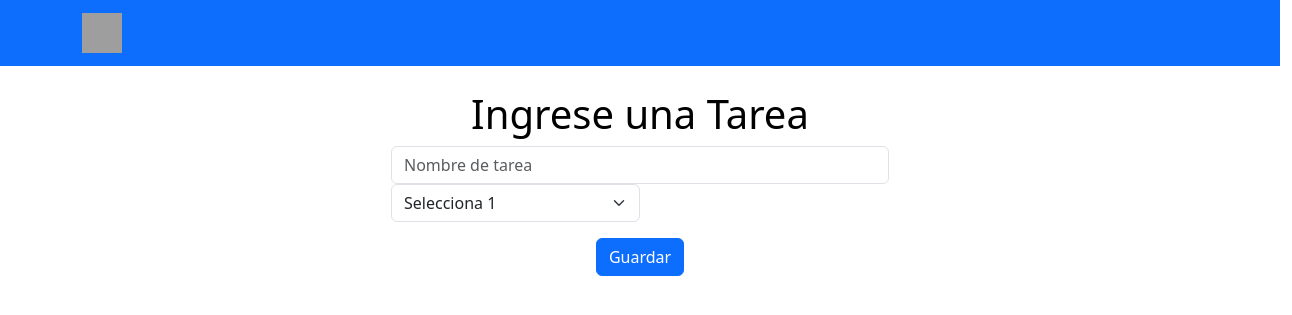
Repository: mgarrido0gb/registroTareas
Page: http://localhost/Tareas/Home
An editor plug-in stored every save of this project. The page is shown before and after the next save, followed by the edit.
The browser window is 1280 px wide. The page is 1292 px wide, so the pictures cover 1292 px, including what lies to the right of the window. The pictures show the whole page.
Pictures or frames that could not be fetched are drawn as grey boxes. The page is served by Tomcat 10. Other server files are loaded and not shown. Queries for data that is not in the repository find no rows.

Above is the page before, as saved 2024-05-21 20:51:11.

### Tareas/src/main/webapp/WEB-INF/home.jsp
<%@page import="models.Categoria"%>
<%@page import="models.Tarea"%>
<%@ page language="java" contentType="text/html; charset=ISO-8859-1"
    pageEncoding="ISO-8859-1" import="java.util.ArrayList" import="models.Tarea" import="models.Categoria"%>
<!doctype html>
<html lang="en">
  <head>
    <meta charset="utf-8">
    <meta name="viewport" content="width=device-width, initial-scale=1">
    <title>Registro Tareas</title>
    <link href="https://cdn.jsdelivr.net/npm/bootstrap@5.3.3/dist/css/bootstrap.min.css" rel="stylesheet" integrity="sha384-QWTKZyjpPEjISv5WaRU9OFeRpok6YctnYmDr5pNlyT2bRjXh0JMhjY6hW+ALEwIH" crossorigin="anonymous">
    <style type="text/css">
    	body{
    		background-color: white;
    		color: black;
    	}

    	li{
    		color: black;
    	}

    	.logotipo{
    		width: 30px;
    		height: 30px;
    	}






    </style>

  </head>
  <body>
  	<nav class="navbar bg-primary" id="nav">
  		<div class="container">
    		<a class="navbar-brand" href="#">
      			<img src="https://cdn-icons-png.flaticon.com/512/181/181627.png"  width="40" height="40">
    		</a>
  		</div>
	</nav>
    <% ArrayList<Categoria> cats = (ArrayList<Categoria>)request.getAttribute("cats"); %>
    <div class="container">
    	<div class="row justify-content-center">
        	<div class="col-12 col-md-9 col-lg-6">
            	<form action="/Tareas/Home" method="post">
                	<div class="p-4">
                    	<h1 class="text-center">Ingrese una Tarea</h1>
                    	<div class="form-group">
                        	<input class="form-control" placeholder="Nombre de tarea" name="texto" type="text" required>
                    	</div>
                    	<div class="col-12 col-md-9 col-lg-6">
              				<select class="form-select" name="categoria_id" required>
                				<option selected value>Selecciona 1</option>
                					<% for (Categoria c: cats) { %>
                						<option value="<%=c.id %>"><%=c.nombre %></option>
                					<% } %>
              				</select>
     					</div>
                    	<div class="text-center mt-3">
                        	<input type="submit" value="Guardar" class="btn btn-primary" onclick="mensaje()">
                    	</div>
                	</div>

            	</form>
        	</div>
    	</div>
	</div>






   <div class="row">
   		<div class="col-6 offset-3 d-block m-auto m-0 p-2 col-md-3">
   			 <%
    			ArrayList<Tarea> tareas = (ArrayList<Tarea>)request.getAttribute("tareas");
    		%>

    			<% for (Tarea t: tareas) { %>
    				<ul class="list-group text-center">
    					<li <% if (t.completada == true){ %>class="text-decoration-line-through text-danger"<% } %> class="list-group-item text-center">
    		 				<%=t.texto %> (creada en: <%=t.fecha %>)
    		 				<a href="/Tareas/CheckearTarea?id=<%=t.id%>"><img src="https://img.icons8.com/?size=48&id=sz8cPVwzLrMP&format=png" class="logotipo" onclick="check()" ></img></a>
    		 				<a href="/Tareas/GestionTarea?id=<%=t.id%>"><img src="https://img.icons8.com/?size=48&id=pre7LivdxKxJ&format=png" class="logotipo" onclick="eliminar()"></img></a>
    					</li>
    				<br>
    			<%}%>
    		</ul>

   		</div>
   </div>


   <script type="text/javascript">


   	function mensaje(){
   		alert("Tarea Agregada con éxito");
   	}

   	function eliminar(){
   		alert("Tarea eliminada con éxito");
   	}

   	function check(){
   		alert("Tarea Realizada con éxito");
   	}

   </script>
    <script src="https://cdn.jsdelivr.net/npm/bootstrap@5.3.3/dist/js/bootstrap.bundle.min.js" integrity="sha384-YvpcrYf0tY3lHB60NNkmXc5s9fDVZLESaAA55NDzOxhy9GkcIdslK1eN7N6jIeHz" crossorigin="anonymous"></script>
  </body>
</html>

### Tareas/src/main/java/servlets/Home.java
package servlets;

import jakarta.servlet.RequestDispatcher;
import jakarta.servlet.ServletException;
import jakarta.servlet.annotation.WebServlet;
import jakarta.servlet.http.HttpServlet;
import jakarta.servlet.http.HttpServletRequest;
import jakarta.servlet.http.HttpServletResponse;
import models.Categoria;
import models.Tarea;

import java.io.IOException;
import java.sql.SQLException;
import java.util.ArrayList;

import daos.CategoriaDao;
import daos.TareaDao;


/**
 * Servlet implementation class Home
 */
public class Home extends HttpServlet {
	private static final long serialVersionUID = 1L;

    /**
     * Default constructor.
     */
    public Home() {
        // TODO Auto-generated constructor stub
    }

	/**
	 * @throws IOException
	 * @throws ServletException
	 * @see HttpServlet#doGet(HttpServletRequest request, HttpServletResponse response)
	 */
	protected void doGet(HttpServletRequest request, HttpServletResponse response) throws ServletException, IOException  {
		// TODO Auto-generated method stub
		try {
			ArrayList<Tarea> tareas = TareaDao.getAll();
			System.out.println(tareas);
			request.setAttribute("tareas", tareas);

			ArrayList<Categoria> cats = CategoriaDao.getAll();
			request.setAttribute("cats", cats);
		} catch(SQLException e) {
			System.out.println(e);
		}


		// 2. Cargamos el JSP
		RequestDispatcher vista = request.getRequestDispatcher("WEB-INF/home.jsp");
		vista.forward(request, response);
	}

	/**
	 * @see HttpServlet#doPost(HttpServletRequest request, HttpServletResponse response)
	 */
	protected void doPost(HttpServletRequest request, HttpServletResponse response) throws ServletException, IOException {
		// TODO Auto-generated method stub
		String textoNuevaTarea = request.getParameter("texto");
		try {
			TareaDao.addNew(textoNuevaTarea);

		} catch (SQLException e) {
			// TODO Auto-generated catch block
			e.printStackTrace();
		}


		response.sendRedirect("/Tareas/Home");
	}

}

### Tareas/src/main/java/daos/TareaDao.java
package daos;

import java.sql.Connection;
import java.sql.PreparedStatement;
import java.sql.ResultSet;
import java.sql.SQLException;
import java.sql.Statement;
import java.util.ArrayList;

import models.Categoria;
import models.MyConn;
import models.Tarea;

public class TareaDao {

	static public void addNew(String textoNuevaTarea) throws SQLException {
		//1.-  nueva conexion
		Connection conn = MyConn.getConnection();
		//2.- consulta
		PreparedStatement consulta =conn.prepareStatement("INSERT INTO TAREAS (texto) values(?)");
		consulta.setString(1, textoNuevaTarea);
		consulta.execute();
	}

	static public void deleteById (int idTarea) throws SQLException {
		// 1. Pedimos una conexion nueva
		Connection conn = MyConn.getConnection();
		// 2. Creamos la consulta
		PreparedStatement stmt = conn.prepareStatement(
			"delete from tareas where id=?"
		);
		stmt.setInt(1, idTarea);
		// 3. Ejecutar la stmt
		stmt.executeUpdate();
	  }

	static public void checkById (int idTarea) throws SQLException {
		// 1. Pedimos una conexion nueva
		Connection conn = MyConn.getConnection();
		// 2. Creamos la consulta
		PreparedStatement stmt = conn.prepareStatement(
			"update tareas set completada = true where id = ?"
		);
		stmt.setInt(1, idTarea);
		// 3. Ejecutar la stmt
		stmt.executeUpdate();
	  }





	static public ArrayList<String> get_textos () throws SQLException {
		// 1. Creamos un ArrayList vacío
		ArrayList<String> textos = new ArrayList<String>();
		// 2. Pedimos una conección nueva
		Connection conn = MyConn.getConnection();
		// 3. Creamos y ejecutamos la consulta
		Statement consulta = conn.createStatement();
		ResultSet respuesta = consulta.executeQuery("select * from tareas");

		// 4. Vamos llenando el ArrayList con lo que tenga la respuesta
		while (respuesta.next()) {
		  textos.add( respuesta.getString("texto") );
		}
		// 5. Retornamos el ArrayList, ahora lleno
		return textos;
	  }



	static public ArrayList<Tarea> getAll () throws SQLException {
		// 1. Creamos un ArrayList vacío
		ArrayList<Tarea> tareas = new ArrayList<Tarea>();
		// 2. Pedimos una conección nueva
		Connection conn = MyConn.getConnection();
		// 3. Creamos y ejecutamos la consulta
		Statement consulta = conn.createStatement();
		ResultSet respuesta = consulta.executeQuery("select * from tareas");

		// 4. Vamos llenando el ArrayList con lo que tenga la respuesta
		while (respuesta.next()) {
			Tarea t = new Tarea(
					respuesta.getInt("id"),
					respuesta.getString("texto"),
					respuesta.getBoolean("completada"),
					respuesta.getDate("fecha")

			);
		  tareas.add(t);
		}
		return tareas;
	  }
}

### Tareas/src/main/java/models/MyConn.java
package models;

import java.sql.Connection;
import java.sql.DriverManager;
import java.sql.SQLException;

public class MyConn {
	static final String URL = "jdbc:postgresql://localhost/ejemplo_dao";
	static final String USER = "postgres";
	static final String PASSWORD = "12345";
	static final String DRIVER = "org.postgresql.Driver";

	static public Connection conn = null;

    static public Connection getConnection () {
      if (conn != null) {
        return conn;
      }
      try {
    	Class.forName(DRIVER);
    	conn = (Connection) DriverManager.getConnection(URL, USER, PASSWORD);
      }
      catch (ClassNotFoundException | SQLException e) {
    	e.printStackTrace();
      }
      return conn;
    }
}

### Tareas/src/main/java/daos/CategoriaDao.java
package daos;

import java.sql.Connection;
import java.sql.ResultSet;
import java.sql.SQLException;
import java.sql.Statement;
import java.util.ArrayList;

import models.Categoria;
import models.MyConn;


public class CategoriaDao {
	static public ArrayList<Categoria> getAll () throws SQLException {
		// 1. Creamos un ArrayList vacío
				ArrayList<Categoria> categorias = new ArrayList<Categoria>();
				// 2. Pedimos una conección nueva
				Connection conn = MyConn.getConnection();
				// 3. Creamos y ejecutamos la consulta
				Statement consulta = conn.createStatement();
				ResultSet respuesta = consulta.executeQuery("select * from categorias order by id");

				// 4. Vamos llenando el ArrayList con lo que tenga la respuesta
				while (respuesta.next()) {
				  Categoria t = new Categoria(
					respuesta.getInt("id"),
					respuesta.getString("nombre")
				  );
				  categorias.add( t );
				}
			  // 5. Retornamos el ArrayList, ahora lleno
			  return categorias;
}}

After the next save:
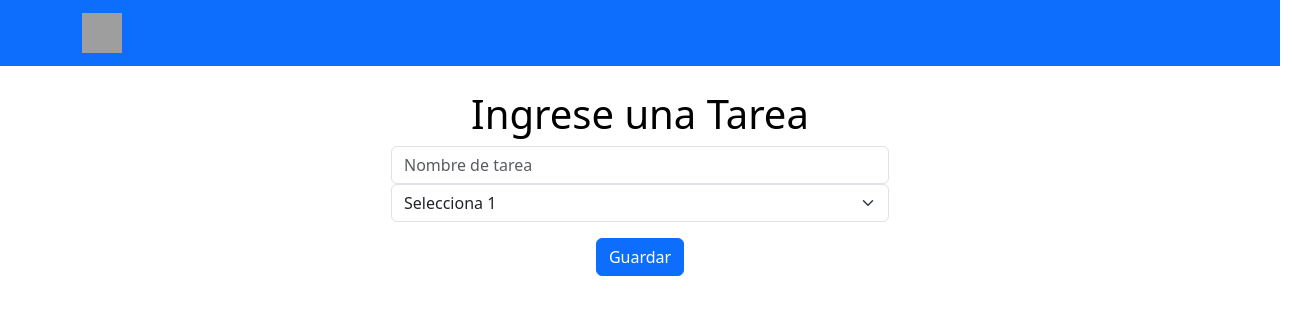
Saved 19 s later.
--- a/Tareas/src/main/webapp/WEB-INF/home.jsp
+++ b/Tareas/src/main/webapp/WEB-INF/home.jsp
@@ -50,7 +50,7 @@
                     	<div class="form-group">
                         	<input class="form-control" placeholder="Nombre de tarea" name="texto" type="text" required>
                     	</div>
-                    	<div class="col-12 col-md-9 col-lg-6">
+                    	<div class="col-12">
               				<select class="form-select" name="categoria_id" required>
                 				<option selected value>Selecciona 1</option>
                 					<% for (Categoria c: cats) { %>
